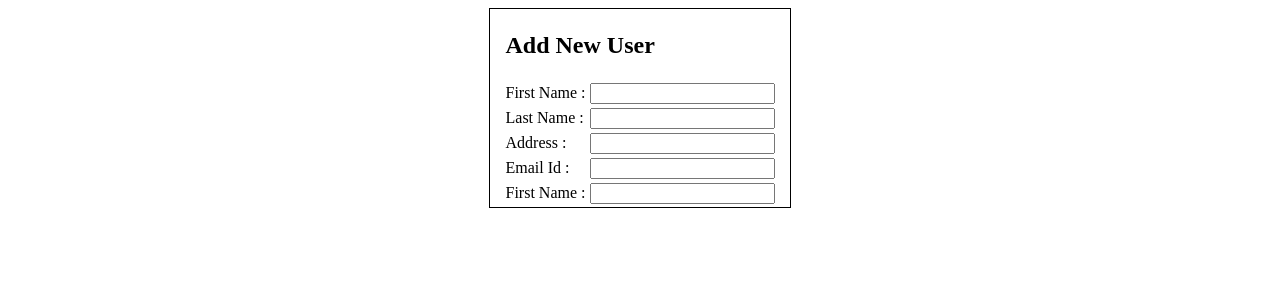
Repository: anilyadav87/CRUD-APPLICATION-TTT-
Page: http://localhost/SpringForm/WEB-INF/views/index.jsp
The author's editor kept a copy of each file at every save. The page is drawn from the files as they stood at one save, then again after the next save.
The browser window is 1280 px wide. The pictures show the whole page.
The page is served by Tomcat 9. Nobody is signed in. Other server files are loaded and not shown. The template is opened directly, without the code that normally fills it, so the values that code supplies are empty.

Above is the page before, as saved 2018-06-12 07:47:34.

### projects_Hibernate_Spring/SpringForm/src/main/webapp/WEB-INF/views/index.jsp
<%@ page language="java" contentType="text/html; charset=ISO-8859-1"
    pageEncoding="ISO-8859-1"%>
 <%@ taglib prefix="form" uri="http://www.springframework.org/tags/form" %>
<%@ taglib uri="http://java.sun.com/jsp/jstl/core" prefix="c"%>
<!DOCTYPE html PUBLIC "-//W3C//DTD HTML 4.01 Transitional//EN" "http://www.w3.org/TR/html4/loose.dtd">
<html>
<head>
<meta http-equiv="Content-Type" content="text/html; charset=ISO-8859-1">
<title>Insert title here</title>
</head>
<body>
<center>
<div style="border:1px solid black;width:300px">
<form:form action="${adduser}" modelAttribute="user">
<table>
	<tr>
		<td colspan="2"><h2>Add New User</h2>
	</tr>
	<tr>
		<td>First Name :</td>
		<td><form:input path="firstName"/></td>
	</tr>
	<tr>
		<td>Last Name :</td>
		<td><form:input path="lastName"/></td>
	</tr>
	<tr>
		<td>Address :</td>
		<td><form:input path="address"/></td>
	</tr>
	<tr>
		<td>Email Id :</td>
		<td><form:input path="eMail"/></td>
	</tr>
	<tr>
		<td>First Name :</td>
		<td><form:password path="password"/></td>
	</tr>
</table>
</form:form>
</div>
</center>
</body>
</html>

After the next save:
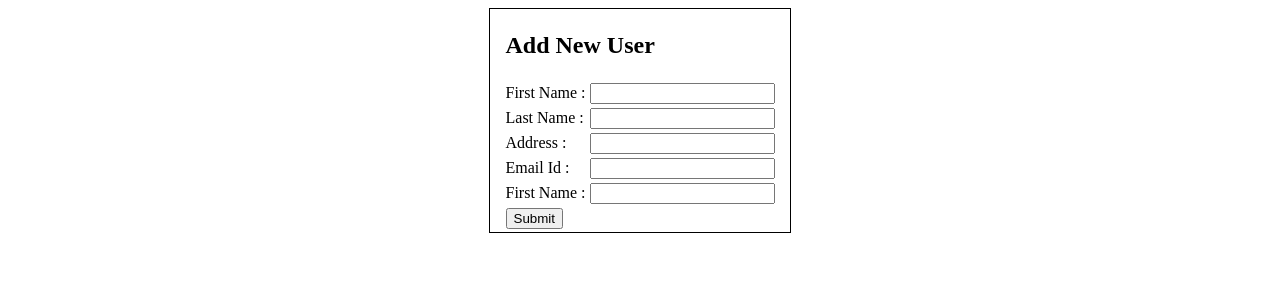
Saved 67 s later.
--- a/projects_Hibernate_Spring/SpringForm/src/main/webapp/WEB-INF/views/index.jsp
+++ b/projects_Hibernate_Spring/SpringForm/src/main/webapp/WEB-INF/views/index.jsp
@@ -36,6 +36,9 @@
 		<td>First Name :</td>
 		<td><form:password path="password"/></td>
 	</tr>
+	<tr>
+		<td><input type="submit"/></td>
+	</tr>
 </table>
 </form:form>
 </div>
